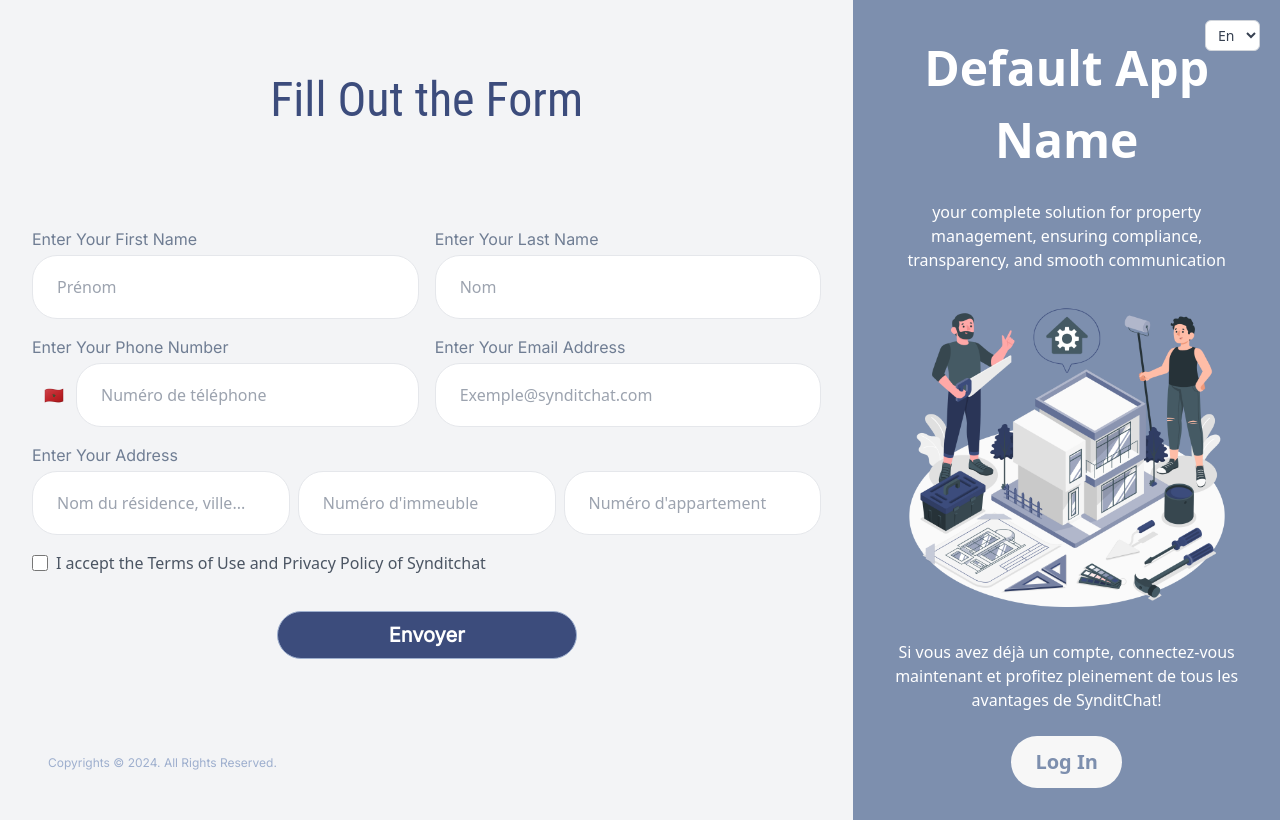
Repository: idir2023/Syndicat-amine
Page: http://localhost/inscription
An editor plug-in stored every save of this project. The page is shown before and after the next save, followed by the edit.
The browser window is 1280 px wide. The pictures show the whole page.
Some web libraries are served in a nearby version. The page is served by the project's Laravel application, run on PHP 8.4 with Laravel 12. Queries for data that is not in the repository find no rows.

Above is the page before, as saved 2024-10-13 11:09:01.

After the next save:
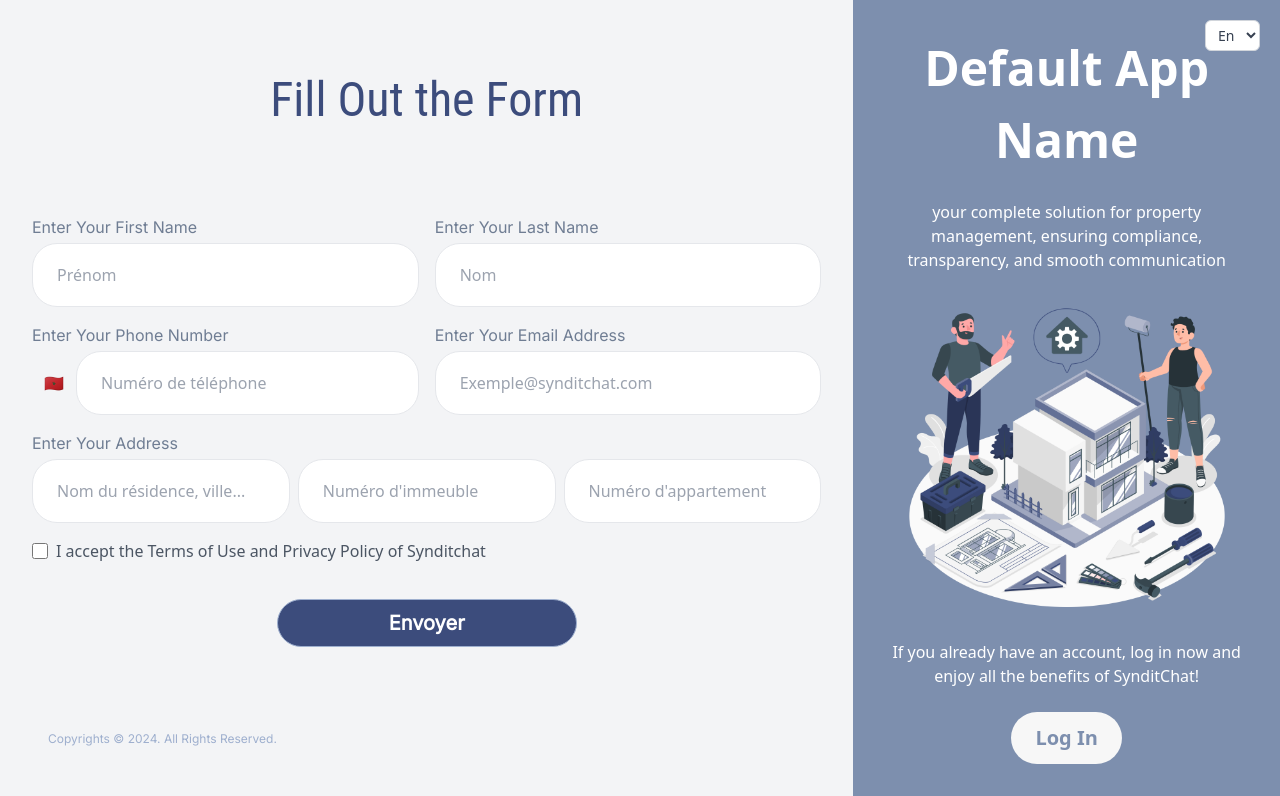
Saved 18 s later.
--- a/resources/views/auth/formRegister/formRegister.blade.php
+++ b/resources/views/auth/formRegister/formRegister.blade.php
@@ -194,8 +194,7 @@
                 </div>
                 <p class="mb-8">
 
-                    {{ __('Si vous avez déjà un compte, connectez-vous maintenant et profitez pleinement de tous
-                    les avantages de SynditChat!') }}
+                    {{ __('Si vous avez déjà un compte, connectez-vous maintenant et profitez pleinement de tous les avantages de SynditChat!') }}
                     </p>
                 <button
                     class="bg-[#F7F7F7] text-[#7d8fae] py-3 px-6 rounded-full font-bold text-xl hover:bg-[#cbc9c9]">
